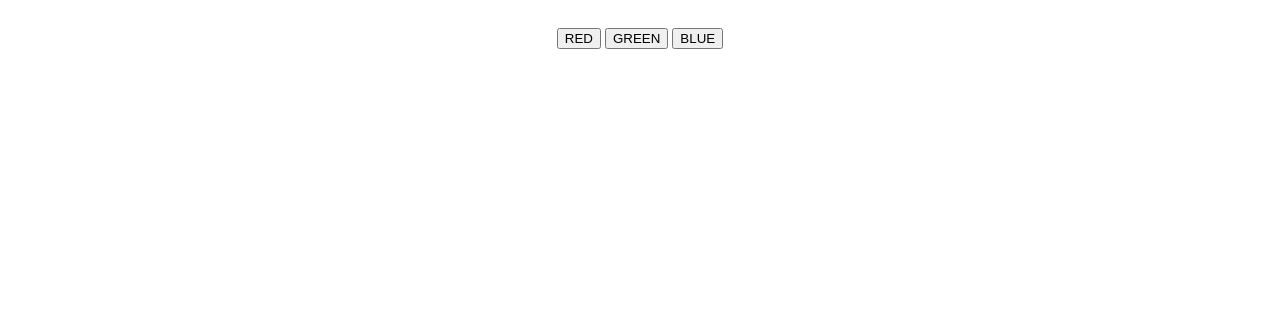
Repository: shinsil0601/webstudy
Page: 03_JavaScript/src/main/webapp/day02/ex15_event.html
These files come from the project's save history. The page is drawn as it stood at one moment and after the next save; the edit follows.
The browser window is 1280 px wide. The pictures show the whole page.
After loading, the first visible `button` was clicked once.

Above is the page before, as saved 2023-06-28 07:02:12.

### 03_JavaScript/src/main/webapp/day02/ex15_event.html
<!DOCTYPE html>
<html>
<head>
<meta charset="UTF-8">
<title>Insert title here</title>
<style type="text/css">
	.box{
		border: 1px solid black;
		width: 200px;
		height: 200px;
		margin: auto;
		display: none;
	}
</style>
<script type="text/javascript">
	function setRed() {
		document.getElementById("box1").style.display;
	}
	function setGreen() {

	}
	function setBlue() {

	}
</script>
</head>
<body>
	<div style="text-align:center; margin: auto; padding: 20px;">
		<button onclick="setRed()">RED</button>
		<button onclick="setGreen()">GREEN</button>
		<button onclick="setBlue()">BLUE</button>
	</div>
	<div class="box" id="box1" style="background-color: red">BOX 1</div>
	<div class="box" id="box2" style="background-color: green">BOX 2</div>
	<div class="box" id="box3" style="background-color: blue">BOX 3</div>
</body>
</html>

After the next save:
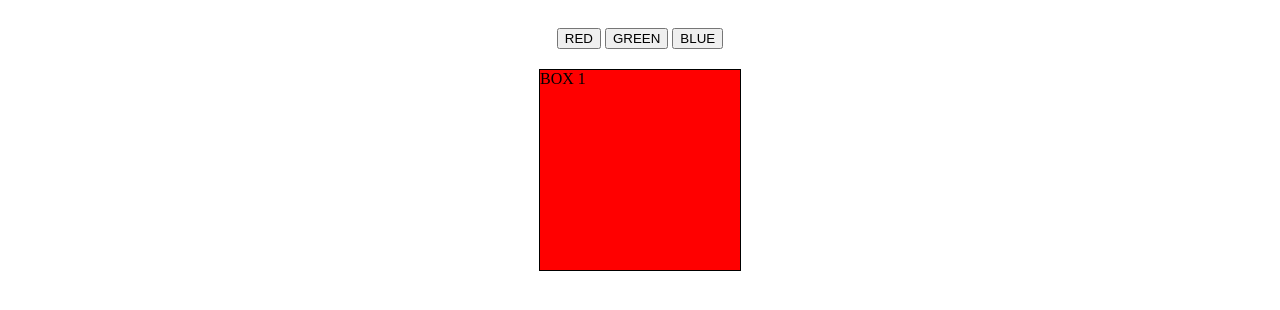
Saved 22 s later.
--- a/03_JavaScript/src/main/webapp/day02/ex15_event.html
+++ b/03_JavaScript/src/main/webapp/day02/ex15_event.html
@@ -14,7 +14,7 @@
 </style>
 <script type="text/javascript">
 	function setRed() {
-		document.getElementById("box1").style.display;
+		document.getElementById("box1").style.display = "flex";
 	}
 	function setGreen() {
 
